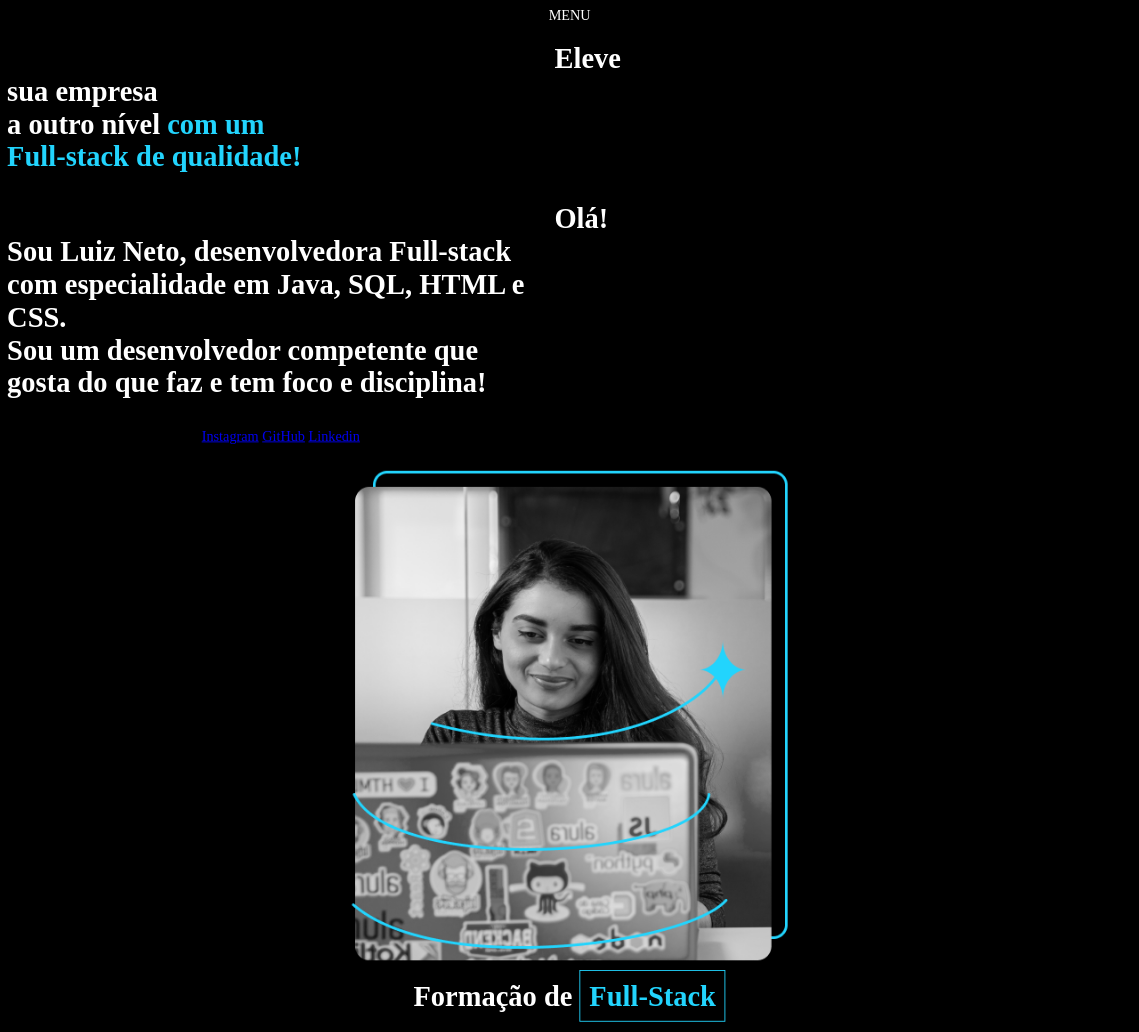
Repository: luiz123098/Sobre-mim-em-HTM-CSS
Page: htmlcss.html
The author's editor kept a copy of each file at every save. The page is drawn from the files as they stood at one save, then again after the next save.
The browser window is 1280 px wide. The pictures show the whole page, at 89% of full size.

Above is the page before, as saved 2023-03-08 14:09:17.

After the next save:
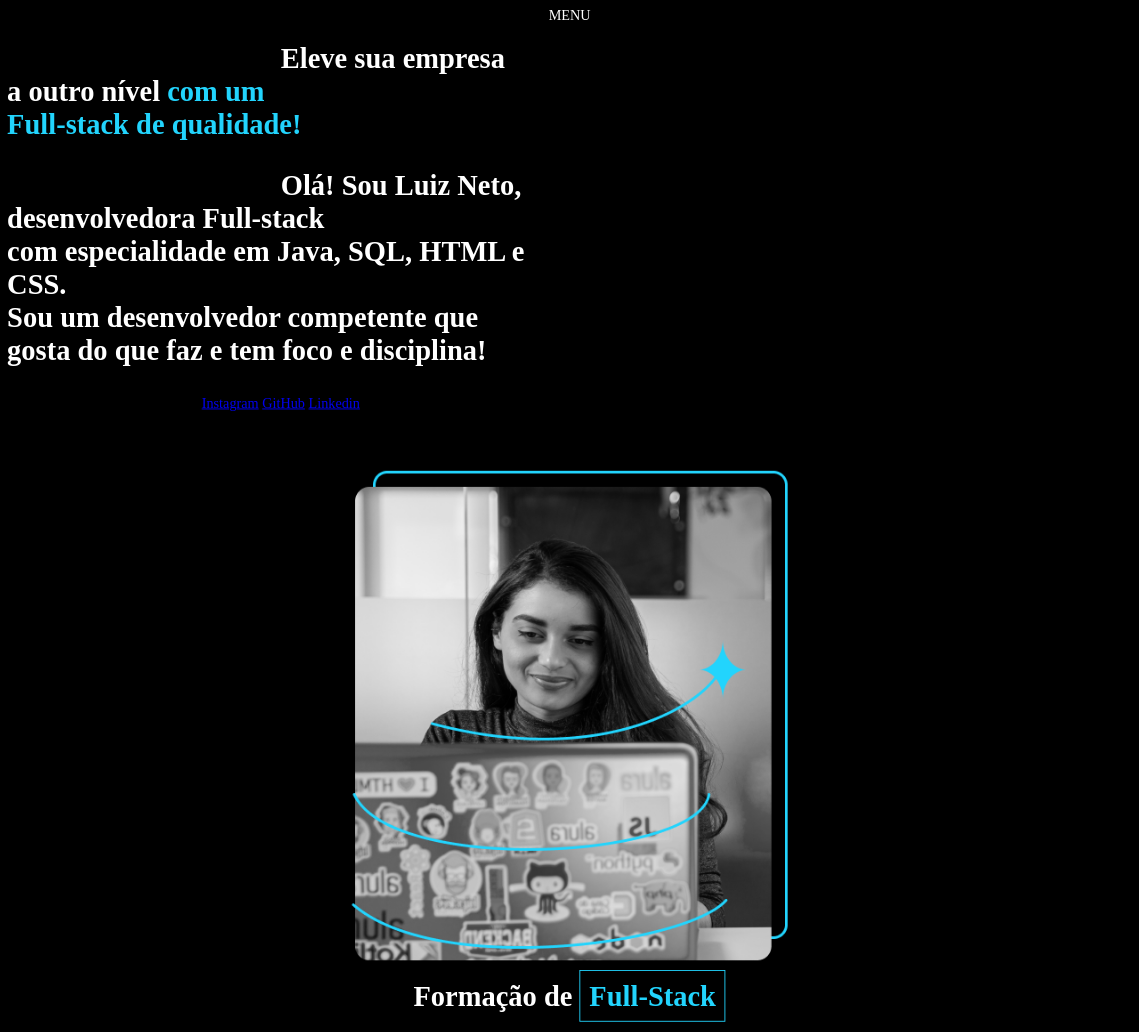
Saved 19 s later.
--- a/htmlcss.html
+++ b/htmlcss.html
@@ -13,7 +13,7 @@
     <main>
         <div
             class="parte_esquerda">
-            <h1 style="text-align: left; text-indent: 100%;">
+            <h1 style="text-align: left; text-indent: 50%;">
                 Eleve sua empresa<br>
                 a outro nível
                 <strong
